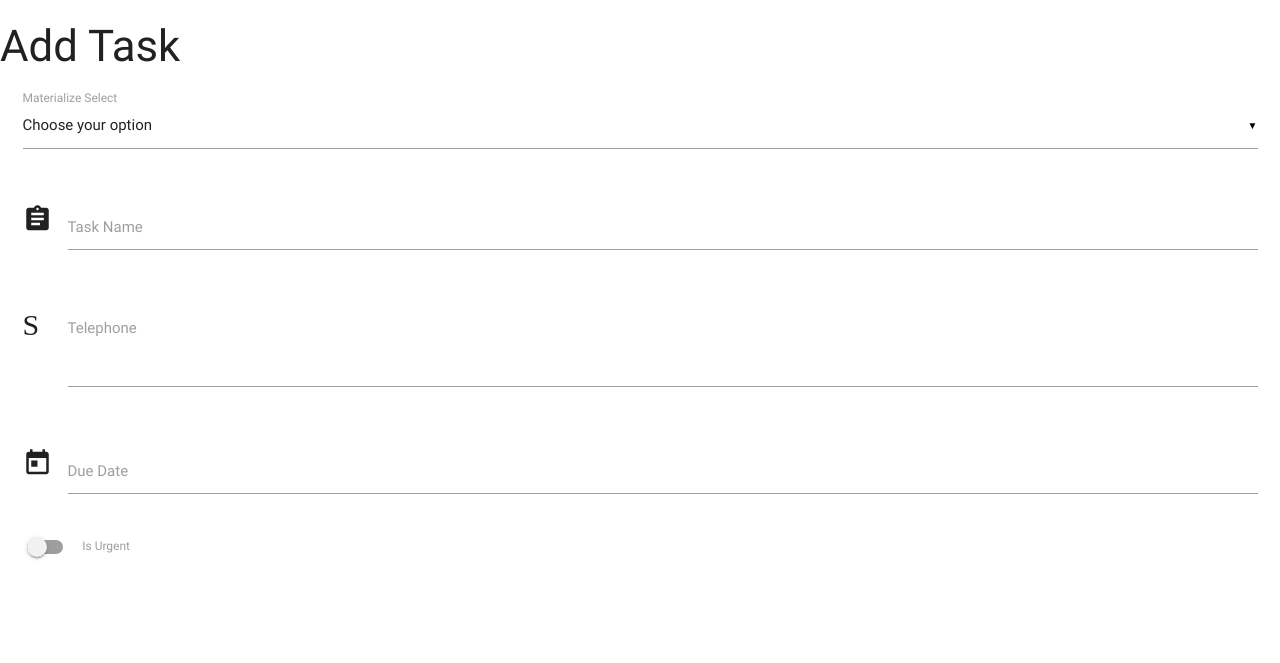
Repository: grantymartin/task_manager
Page: http://localhost/add_task
The author's editor kept a record of every edit. The page is drawn from the files as they stood at one moment, then again after the next edit.
The browser window is 1280 px wide. The pictures show the whole page.
Some web libraries are served in a nearby version. The page is served by the project's application, run on Flask 3 (app.py). Queries for data that is not in the repository find no rows.

Above is the page before.

### templates/addtask.html
{% extends 'base.html' %} {% block content %}

<h3>
    Add Task
</h3>

<div class="row">
    <form class="col s12" action="" method="POST" class="row">
        <div class="row">
            <div class="input-field col s12">
                <select>
                    <option value="" disabled selected>Choose your option</option>
                    <option value="1">Option 1</option>
                    <option value="2">Option 2</option>
                    <option value="3">Option 3</option>
                </select>
                <label>Materialize Select</label>
            </div>
        </div>

        <div class="row">
            <div class="input-field col s12">
                <i class="material-icons prefix">assignment</i>
                <input id="task_name" name="task_name" type="text" class="validate">
                <label for="icon_prefix">Task Name</label>
            </div>
        </div>

        <div class="row">
            <div class="input-field col s12">
                <i class="material-icons prefix">Subject</i>
                <textarea id="task_description" name="task_description" id="task_description" type="tel" class="materialize-textarea"></textarea>
                <label for="icon_telephone">Telephone</label>
            </div>
        </div>

        <div class="row">
            <div class="input-field col s12" id="matfix">
                <i class="material-icons prefix">today</i>
                <input id="due_date" name="due_date" type="text" class="datepicker">
                <label for="icon_prefix">Due Date</label>
            </div>
        </div>

        <div class="row">
            <div class="switch">
                <label><input type="checkbox" id="is_urgent" name="is_urgent">
                <span class="lever"></span>
                Is Urgent
                </label>
            </div>
        </div>
    </form>
</div>
{% endblock %}

### templates/base.html
<!DOCTYPE html>
<html lang="en">

<head>
    <link href="https://fonts.googleapis.com/icon?family=Material+Icons" rel="stylesheet">
    <link rel="stylesheet" href="https://cdnjs.cloudflare.com/ajax/libs/materialize/0.100.2/css/materialize.min.css">
    <link rel="stylesheet" href="{{url_for('static', filename='css/style.css')}}" type="text/css" />
</head>

<body>
    {% block content %} {% endblock %}

    <script src="https://cdnjs.cloudflare.com/ajax/libs/jquery/3.2.1/jquery.min.js"></script>
    <script src="https://cdnjs.cloudflare.com/ajax/libs/materialize/0.100.2/js/materialize.min.js"></script>
    <script type="text/javascript">
        $(document).ready(function() {
            $('.collapsible').collapsible();
            $('select').material_select();
        });

        $('.datepicker').pickadate({
            selectMonths: true, // Creates a dropdown to control month
            selectYears: 15, // Creates a dropdown of 15 years to control year,
            today: 'Today',
            clear: 'Clear',
            close: 'Ok',
            closeOnSelect: false // Close upon selecting a date,
        });

        document.getElementById("matfix").addEventListener("click", function(e) {
            e.stopPropagation();
        });
    </script>
</body>

</html>

### app.py
import os
from flask import Flask, render_template, redirect, request, url_for
from flask_pymongo import PyMongo
from bson.objectid import ObjectId

app = Flask(__name__)

app.config["MONGO_DBNAME"] = 'task_manager'
app.config["MONGO_URI"] = 'mongodb+srv://grantymartin:Twodogs101@myfirstcluster-2clbu.mongodb.net/task_manager?retryWrites=true&w=majority'

mongo = PyMongo(app)

@app.route('/')
@app.route('/get_tasks')
def get_tasks():
    return render_template("tasks.html", tasks=mongo.db.tasks.find())


@app.route('/add_task')
def add_task():
    return render_template('addtask.html',
    categories=mongo.db.categories.find())

@app.route('/insert_task', methods=['POST'])
def insert_task():
    tasks = mongo.db.tasks
    tasks.insert_one(request.form.to_dict())
    return redirect(url_for('get_tasks'))

@app.route('/edit_task/<task_id>')
def edit_task(task_id):
    the_task = mongo.db.tasks.find_one({"_id":ObjectId(task_id)})
    all_categories = mongo.db.categories.find()
    return render_template('edittask.html', task=the_task, categories=all_categories)

@app.route('/update_task/<task_id>', methods=["POST"])
def update_task(task_id):
    tasks = mongo.db.tasks
    tasks.update( {'_id': ObjectId(task_id)},
    {
        'task_name':request.form.get('task_name'),
        'category_name':request.form.get('category_name'),
        'task_description': request.form.get('task_description'),
        'due_date': request.form.get('due_date'),
        'is_urgent':request.form.get('is_urgent')
    })
    return redirect(url_for('get_tasks'))

@app.route('/delete_task/<task_id>')
def delete_task(task_id):
    mongo.db.tasks.remove({'_id': ObjectId(task_id)})
    return redirect(url_for('get_tasks'))

@app.route('/get_categories')
def get_categories():
    return render_template('categories.html',
                           categories=mongo.db.categories.find())

@app.route('/edit_category/<category_id>')
def edit_category(category_id):
    return render_template('editcategory.html',
                           category=mongo.db.categories.find_one(
                           {'_id': ObjectId(category_id)}))

@app.route('/update_category/<category_id>', methods=['POST'])
def update_category(category_id):
    mongo.db.categories.update(
        {'_id': ObjectId(category_id)},
        {'category_name': request.form.get('category_name')})
    return redirect(url_for('get_categories'))

@app.route('/delete_category/<category_id>')
def delete_category(category_id):
    mongo.db.categories.remove({'_id': ObjectId(category_id)})
    return redirect(url_for('get_categories'))

@app.route('/insert_category', methods=['POST'])
def insert_category():
    categories = mongo.db.categories
    category_doc = {'category_name': request.form.get['category_name']}
    categories.insert_one(category_doc)
    return redirect(url_for('get_categories'))

@app.route('/new_category')
def new_category():
    return render_template('addcategory.html')

if __name__ == '__main__':
    app.run(host=os.environ.get('IP'),
    port=int(os.environ.get('PORT')),
    debug=True)

### static/css/style.css
.btn_small {
    height: 24px;
    width: 60px;
    line-height: 24px;
    margin: 5px 5px;
    padding: 0 0.5em;
}

.task_header {
    margin: 5px;
}

After the next edit:
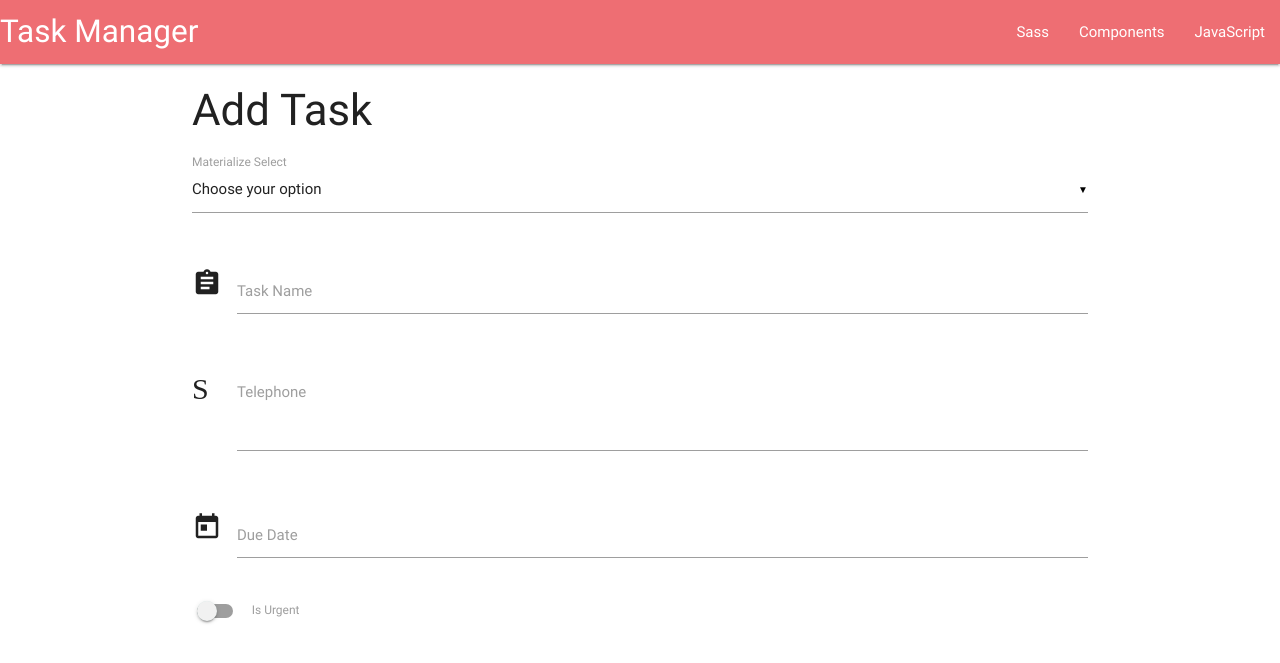
The edit:
--- a/templates/base.html
+++ b/templates/base.html
@@ -8,8 +8,21 @@
 </head>
 
 <body>
-    {% block content %} {% endblock %}
-
+    <header>
+        <nav>
+            <div class="nav-wrapper">
+                <a href="#" class="brand-logo">Task Manager</a>
+                <ul id="nav-mobile" class="right hide-on-med-and-down">
+                    <li><a href="sass.html">Sass</a></li>
+                    <li><a href="badges.html">Components</a></li>
+                    <li><a href="collapsible.html">JavaScript</a></li>
+                </ul>
+            </div>
+        </nav>
+    </header>
+    <div class="container">
+        {% block content %} {% endblock %}
+    </div>
     <script src="https://cdnjs.cloudflare.com/ajax/libs/jquery/3.2.1/jquery.min.js"></script>
     <script src="https://cdnjs.cloudflare.com/ajax/libs/materialize/0.100.2/js/materialize.min.js"></script>
     <script type="text/javascript">
